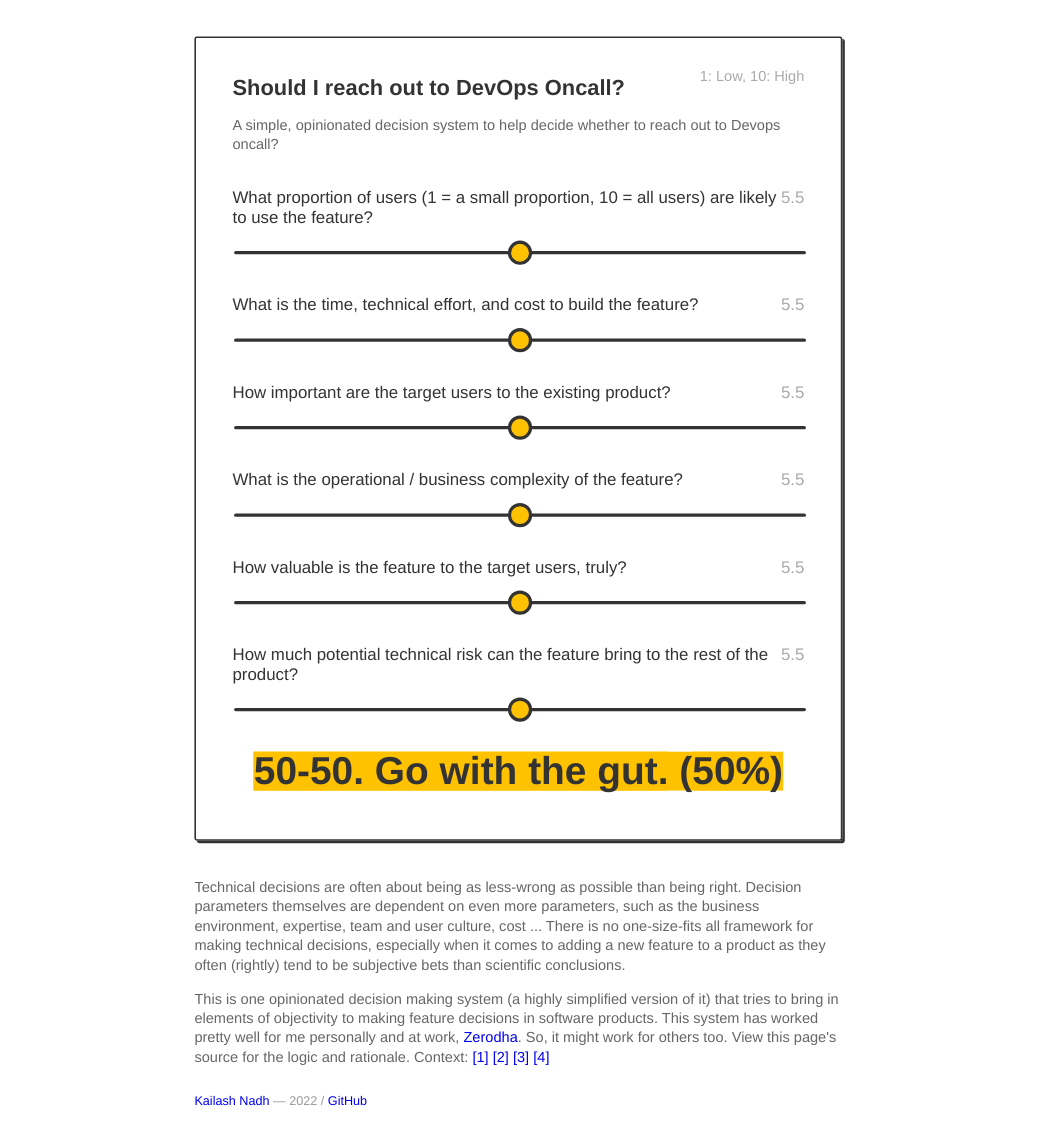
Repository: harishbsrinivas/dont.call
Page: index.html
The author's editor kept a copy of each file at every save. The page is drawn from the files as they stood at one save, then again after the next save.
The browser window is 1280 px wide. The pictures show the whole page, at 81% of full size.

Above is the page before, as saved 2022-12-03 16:57:06.

After the next save:
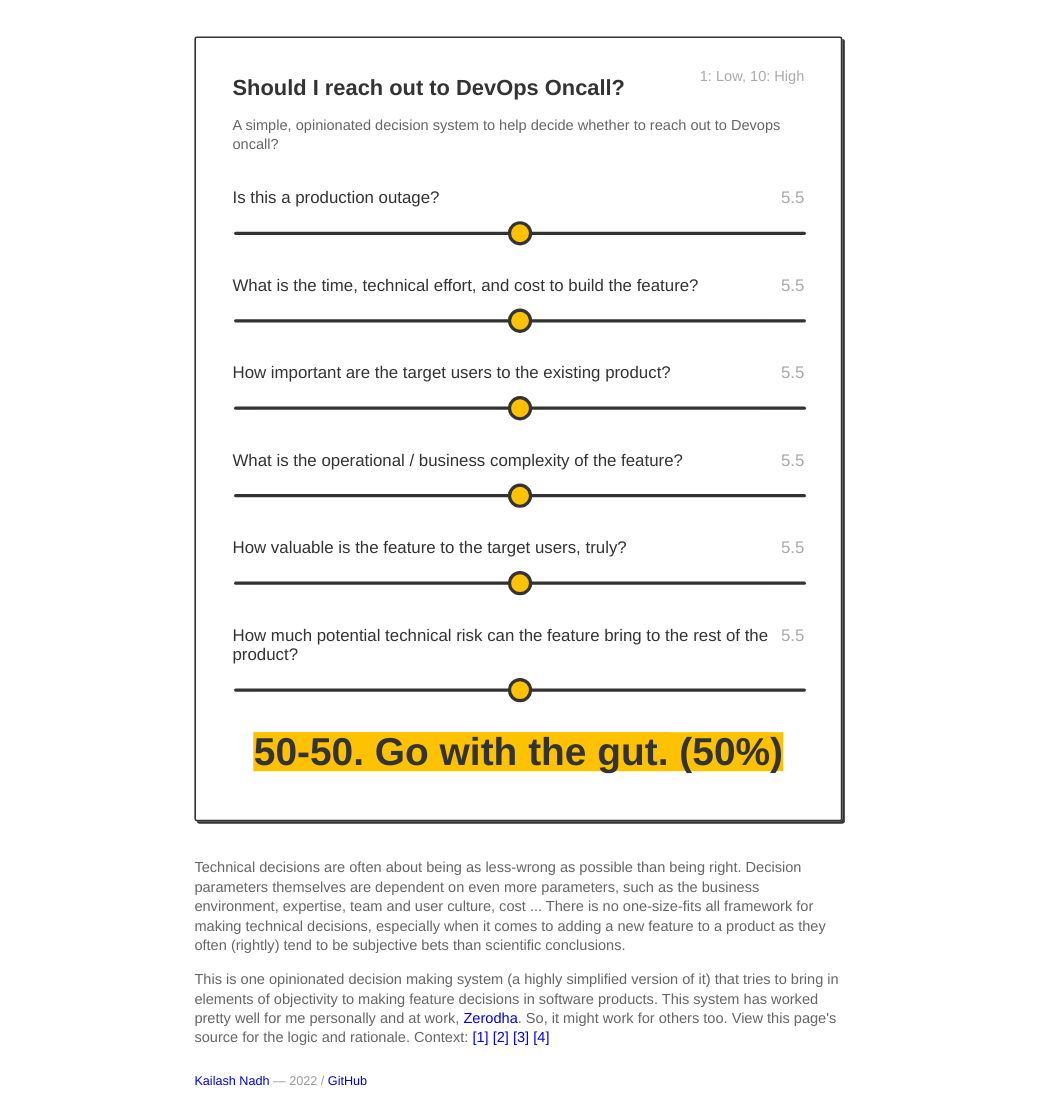
Saved 42 s later.
--- a/index.html
+++ b/index.html
@@ -23,8 +23,7 @@
             <form class="form">
                 <fieldset class="p-users">
                     <span class="value"></span>
-                    <label>What proportion of users (1 = a small proportion, 10 = all users) are likely to use the
-                        feature?</label>
+                    <label>Is this a production outage?</label>
                     <input type="range" min="1" max="10" step="0.5" value="5.5" />
                 </fieldset>
                 <fieldset class="p-effort">
